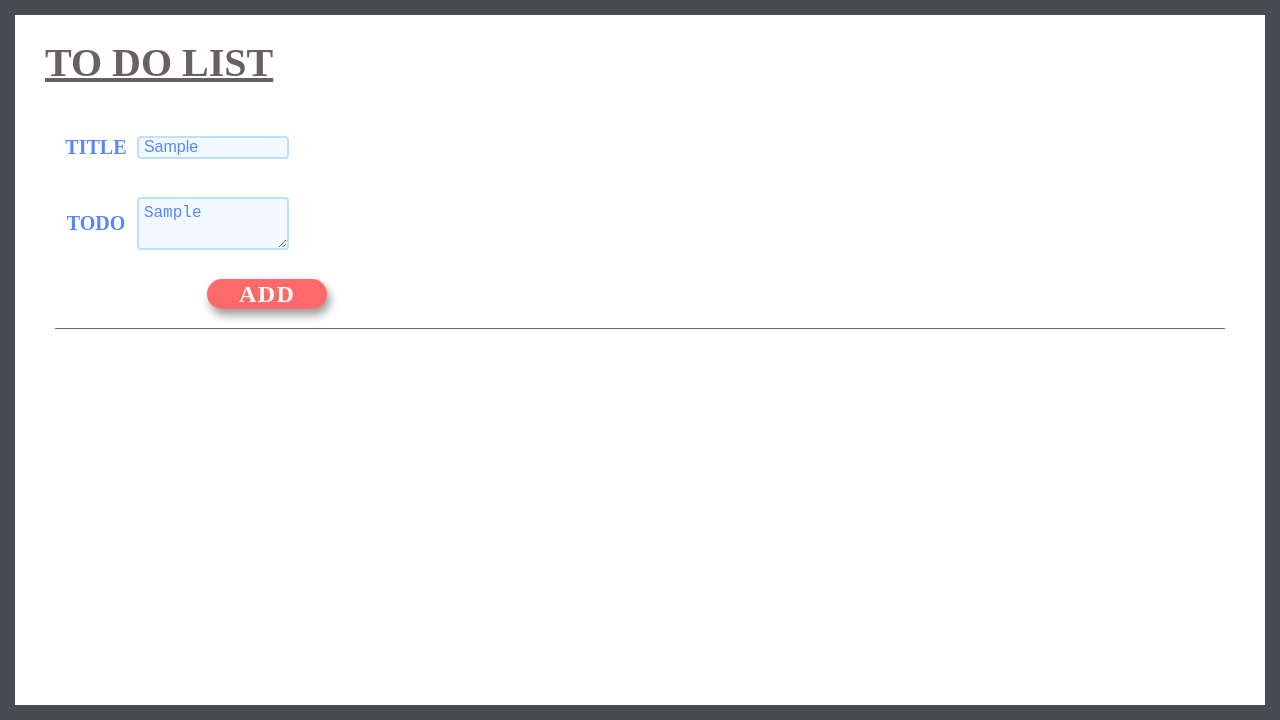
Repository: NagataRyuji0630/shinjin-otameshi
Page: todo_white_board.html
An editor plug-in stored every save of this project. The page is shown before and after the next save, followed by the edit.
The browser window is 1280 px wide. The pictures show the whole page.
Empty fields were first filled with sample values (such as "Sample", 5 or name@example.com).
After loading, the first visible `#btn_container` was clicked once.

Above is the page before, as saved 2020-06-14 16:35:15.

### todo_white_board.html
<!DOCTYPE html>
<html lang="ja">

<head>
    <meta charset="UTF-8">
    <meta name="viewport" content="width=device-width, initial-scale=1.0">
    <meta http-equiv="X-UA-Compatible" content="ie=edge">
    <link rel="stylesheet" href="./todo_white_board.css">
    <script src="./constants.js"></script>
    <script src="./domAction.js"></script>
    <script src="./todoWhiteBoard.js"></script>
    <title>Todo White Board</title>
</head>

<body>
    <div class="white_board display_flex_justify direction_colum">

        <div id="board_title_container" class="display_flex_align">
            <div id="board_title">TO DO LIST</div>
        </div>

        <div id="form_container" class="display_flex_justify direction_colum">

            <div class="input_content display_flex_all direction_row">
                <div class="input_title display_flex_all">TITLE</div>
                <div id="todo_input_area" class="display_flex_all">
                    <input class="blue_form" id="todo_title" type="text" placeholder="タイトル" />
                </div>
            </div>

            <div class="input_content display_flex_all direction_row">
                <div class="input_title display_flex_all">TODO</div>
                <div id="detail_input_area" class="display_flex_all">
                    <textarea class="blue_form" id="todo_detail" placeholder="詳細"></textarea>
                </div>
            </div>

            <div id="btn_container" class="display_flex_align" onclick="evtAddBtn(this)">
                <div class="btn red_btn display_flex_all" id="todo_add_btn">
                    <div class="btn_text">ADD</div>
                </div>
            </div>

            <div id="border_line"></div>
        </div>

        <div id="todo_list_container"></div>
    </div>
    <script>
        // document.getElementById("todo_add_btn").onclick = function () {
        //     var title = todo_title.innerHTML;
        //     var detail = todo_detail.innerHTML;
        //     document.write(title);
        //     document.write(detail);
        // }
    </script>
</body>

</html>

### todo_white_board.css
* {
    margin: 0px;
    padding: 0px;
    box-sizing: border-box;
}

body, html {
    width: 100%;
    height: 100%;
    font-size: 16px;
    overflow-x: hidden;
}

.display_flex_all {
    display: flex;
    justify-content: center;
    align-items: center;
}

.display_flex_justify {
    display: flex;
    justify-content: center;
}

.display_flex_align {
    display: flex;
    align-items: center;
}

.direction_colum {
    flex-direction: column;
}

.direction_row {
    flex-direction: row;
}

.white_board {
    width: 100%;
    height: 100%;
    border: 15px solid #454D53;
}

#board_title_container {
    width: auto;
    height: 15%;
    padding-left: 30px;
}

#board_title {
    text-align: center;
    text-decoration: underline;
    font-size: 40px;
    font-weight: bold;
    letter-spacing: 0px;
    color: #696060;
}

#form_container {
    width: 100%;
    height: 35%;
    padding: 0px 40px;
}

.input_content {
    width: 20%;
    height: 35%;
}

.input_title {
    width: 35%;
    height: 100%;
    text-align: center;
    font-size: 20px;
    font-weight: bold;
    letter-spacing: 0px;
    color: #5887F9;
}

.blue_form {
    display: block;
    background: #F1F9FF 0% 0% no-repeat padding-box;
    border: 2px solid #BCE0FD;
    border-radius: 4px;
}

#todo_input_area {
    width: 65%;
    height: 30%;
}

#todo_title {
    width: 100%;
    height: 100%;
    text-align: left;
    font-size: 16px;
    letter-spacing: 0px;
    color: #5887F9;
    padding: 5px;
}

#detail_input_area {
    width: 65%;
    height: 70%;
}

#todo_detail {
    width: 100%;
    height: 100%;
    text-align: left;
    font-size: 16px;
    letter-spacing: 0px;
    color: #5887F9;
    padding: 5px;
    word-wrap: break-word;
}

#btn_container {
    width: 100%;
    height: 30%;
}

.btn {
    width: 120px;
    height: 30px;
    border-radius: 24px;
}

.red_btn {
    background-color: #FF6969;
    box-shadow: 3px 6px 10px #00000065;
}

.red_btn:active {
    background-color: #FF8850;
    box-shadow: 3px 6px 10px #00000090;
}

#todo_add_btn {
    position: relative;
    left: 13%
}

.btn_text {
    text-align: center;
    font-size: 24px;
    font-weight: bold;
    letter-spacing: 1.44px;
    color: #FFFFFF;
}

#border_line {
    width: 100%;
    height: 2px;
    border-bottom: 1px solid #707070;
}

#todo_list_container {
    width: 100%;
    height: 60%;
}

### constants.js
const todoTag = (tagName, tagContent) => `
    <div class="todo_tag">
        <div class="white_circle"></div>
        <div class="tag_title">${tagName}</div>
        <div class="tag_content">${tagContent}</div>
    </div>
`;

### domAction.js
// 初回付箋追加関数
function addFirstTodoTag(tagName, tagContent) {
    // TODOリスト表示エリアを取得
    let todoListContainer = document.getElementById("todo_list_container");

    todoListContainer.innerHTML = todoTag(tagName, tagContent);
}

// 付箋追加関数
function addTodoTag(tagName, tagContent, todoTags) {
    let lastNum = todoTags.length;

    todoTags.outerHtml = todoTag(tagName, tagContent);
}

### todoWhiteBoard.js
function evtAddBtn(e) {
    // 付箋タイトルと付箋の内容
    let tagName = document.getElementById("todo_title").value;
    let tagContent = document.getElementById("todo_detail").value;

    let todoTags = document.getElementsByClassName("todo_tag");
    console.log(todoTags);

    // 付箋が一つもない場合
    if (!todoTags) {
        addFirstTodoTag(tagName, tagContent);
    } else {
        addTodoTag(tagName, tagContent, todoTags);
    }
}

After the next save:
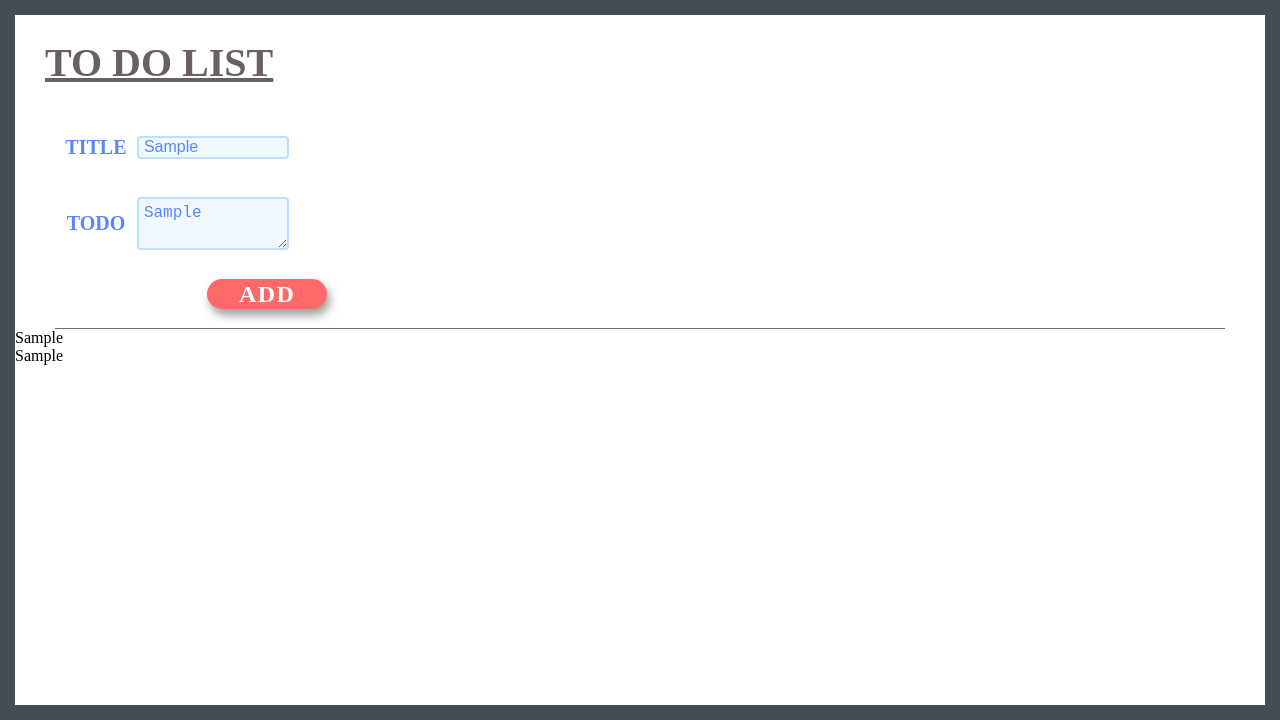
Saved 20 s later.
--- a/todoWhiteBoard.js
+++ b/todoWhiteBoard.js
@@ -7,7 +7,7 @@ function evtAddBtn(e) {
     console.log(todoTags);
 
     // 付箋が一つもない場合
-    if (!todoTags) {
+    if (todoTags.length === 0) {
         addFirstTodoTag(tagName, tagContent);
     } else {
         addTodoTag(tagName, tagContent, todoTags);
